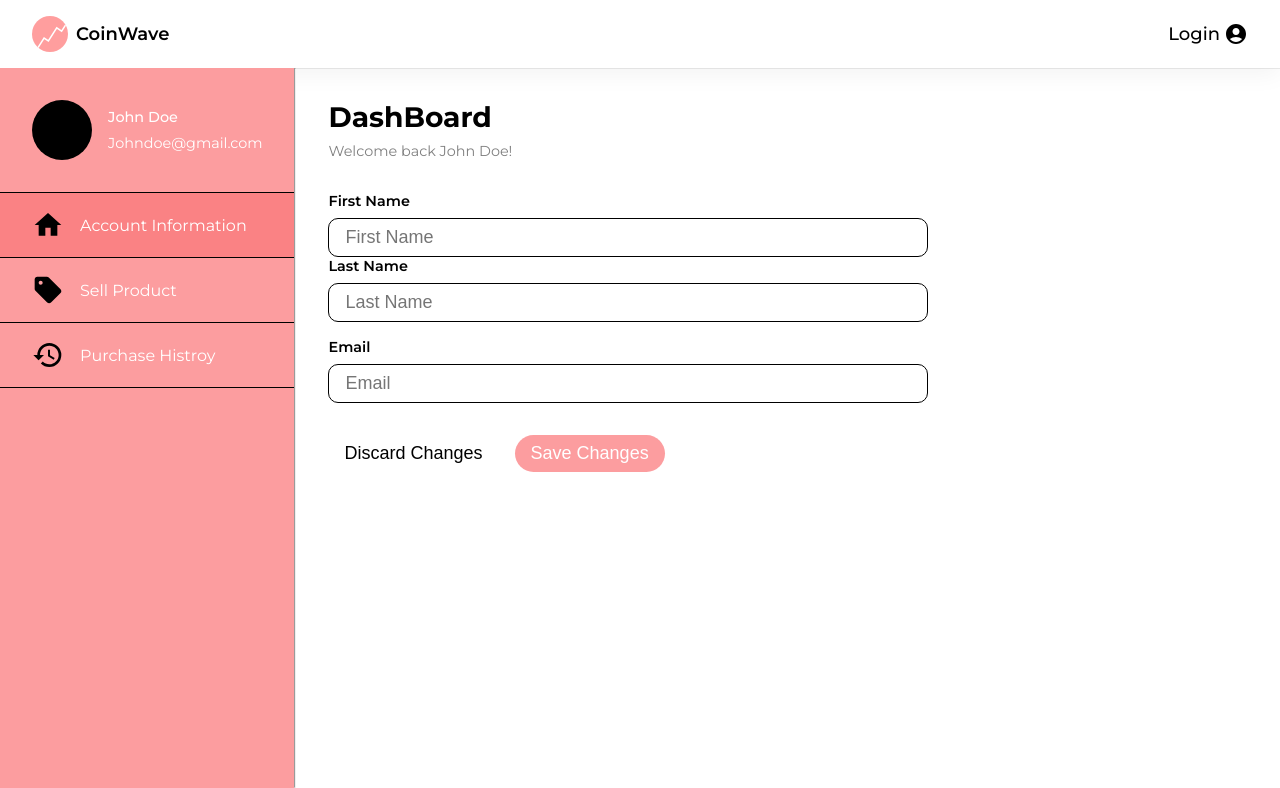
Repository: David-Waite/CoinWave
Page: /account
These files come from the project's save history. The page is drawn as it stood at one moment and after the next save; the edit follows.
The browser window is 1280 px wide. The pictures show the whole page.
The project was rebuilt for these pictures with package versions that can differ from the ones it lists, and the page was loaded fresh each time. The framework's server and built-in components were replaced by stand-ins that run in the browser. Also part of the build but not shown: next.config.js, app/components/account/SellProduct/SellProduct.js, app/components/account/PurchaseHistory/PurchaseHistory.js.

Above is the page before, as saved 2023-08-16 11:22:45.

### app/layout.js
import Nav from "./components/Nav/Nav";
import "./globals.css";
import { Montserrat } from "next/font/google";

const montserrat = Montserrat({ subsets: ["latin"] });

export const metadata = {
  title: "Coin Wave",
  description: "Generated by create next app",
};

export default function RootLayout({ children }) {
  return (
    <html lang="en">
      <body className={montserrat.className}>
        <Nav />
        {children}
      </body>
    </html>
  );
}

### app/account/page.js
"use client";
import styles from "./account.module.css";
import { useState } from "react";
import AccountMenu from "../components/account/AccountMenu/AccountMenu";
import AccountInformation from "../components/account/AccountInfomation/AccountInfomation";
import SellProduct from "../components/account/SellProduct/SellProduct";
import PurchaseHistroy from "../components/account/PurchaseHistory/PurchaseHistory";

export default function Account() {
  const [selected, setSelected] = useState({
    accountInformation: true,
    sellProduct: false,
    purchaseHistroy: false,
  });

  function handleMenuSelect(select) {
    setSelected({
      accountInformation: select === "accountInformation",
      sellProduct: select === "sellProduct",
      purchaseHistroy: select === "purchaseHistroy",
    });
  }

  return (
    <div className={styles.main}>
      <AccountMenu selected={selected} onClick={handleMenuSelect} />

      <hr />
      <main>
        {selected.accountInformation && <AccountInformation />}
        {selected.sellProduct && <SellProduct />}
        {selected.purchaseHistroy && <PurchaseHistroy />}
      </main>
    </div>
  );
}

### app/components/Nav/Nav.js
import styles from "./nav.module.css";
import Link from "next/link";
import { MdAccountCircle } from "react-icons/md";
export default function Nav() {
  return (
    <nav className={styles.main}>
      <Link className={styles.homeLink} href="/">
        <svg
          width="36"
          height="36"
          viewBox="0 0 36 36"
          fill="none"
          xmlns="http://www.w3.org/2000/svg"
        >
          <circle cx="18" cy="18" r="18" fill="#FF9E9E" />
          <mask
            id="mask0_7_9"
            style={{ maskType: "alpha" }}
            maskUnits="userSpaceOnUse"
            x="0"
            y="0"
            width="36"
            height="36"
          >
            <path
              d="M36 18C36 27.9411 27.9411 36 18 36C8.05887 36 0 27.9411 0 18C0 8.05887 8.05887 0 18 0C27.9411 0 36 8.05887 36 18Z"
              fill="#FF9E9E"
            />
          </mask>
          <g mask="url(#mask0_7_9)">
            <path
              d="M2.13416 37.6684L12.0865 22.0755L16.3706 24.9865L24.7305 11.8885L29.6267 15.2153L36.3942 4.61218"
              stroke="white"
              stroke-width="1.5"
            />
          </g>
        </svg>
        CoinWave
      </Link>
      <Link className={styles.loginLink} href="/login">
        Login <MdAccountCircle size={24} />
      </Link>
    </nav>
  );
}

### app/globals.css
:root {
  --primary: #fc9d9f;
}

* {
  margin: 0;
  padding: 0;
}

### app/components/account/AccountMenu/AccountMenu.js
import styles from "./accountMenu.module.css";
import { MdHistory, MdHome, MdSell } from "react-icons/md";
export default function AccountMenu(props) {
  function handleClick(select) {
    props.onClick(select);
  }

  const selectedP = {
    backgroundColor: "#fa8284",
  };

  return (
    <div className={styles.container}>
      <div className={styles.infoOverView}>
        <div className={styles.photo}></div>
        <div className={styles.overViewTextContainer}>
          <p className={styles.fullNameOverView}>John Doe</p>
          <p className={styles.emailOverView}>Johndoe@gmail.com</p>
        </div>
      </div>

      <div
        onClick={() => handleClick("accountInformation")}
        className={styles.linkContainer}
        style={Object.assign(props.selected.accountInformation && selectedP)}
      >
        <MdHome className={styles.menuIcons} />
        <p>Account Information</p>
      </div>

      <div
        onClick={() => handleClick("sellProduct")}
        className={styles.linkContainer}
        style={Object.assign(props.selected.sellProduct && selectedP)}
      >
        <MdSell className={styles.menuIcons} />
        <p>Sell Product</p>
      </div>

      <div
        onClick={() => handleClick("purchaseHistroy")}
        className={`${styles.linkContainer} ${styles.linkContainerBottom}`}
        style={Object.assign(props.selected.purchaseHistroy && selectedP)}
      >
        <MdHistory className={styles.menuIcons} />
        <p>Purchase Histroy</p>
      </div>
    </div>
  );
}

### app/components/account/AccountInfomation/AccountInfomation.js
"use client";
import styles from "./accountInformation.module.css";
import { useState } from "react";
import { useRouter } from "next/navigation";
import { MdSecurityUpdate } from "react-icons/md";

export default function AccountInformation() {
  const [formData, setFormData] = useState({
    firstName: "",
    lastNameName: "",
    email: "",
  });

  const router = useRouter();

  function handleChange(event) {
    const { type, name, value, checked } = event.target;
    setFormData((prevFormData) => {
      return {
        ...prevFormData,
        [name]: type === "checkbox" ? checked : value,
      };
    });
  }

  function handleSubmit(event) {
    event.preventDefault();

    router.push("/account");
  }

  return (
    <main className={styles.main}>
      <form onSubmit={handleSubmit}>
        <h1 className={styles.title}>DashBoard</h1>
        <p className={styles.welcomeText}>Welcome back {"John Doe"}!</p>

        <div className={styles.form}>
          <div className={styles.nameContainer}>
            <div className={styles.inputContainer}>
              <label className={styles.firstNameLable} htmlFor="firstName">
                First Name
              </label>
              <input
                className={styles.firstName}
                type="text"
                placeholder="First Name"
                onChange={handleChange}
                name="firstName"
                value={formData.firstName}
              />
            </div>
            <div className={styles.inputContainer}>
              <label className={styles.lastNameLable} htmlFor="lastName">
                Last Name
              </label>
              <input
                className={styles.firstName}
                type="text"
                placeholder="Last Name"
                onChange={handleChange}
                name="lastName"
                value={formData.lastName}
              />
            </div>
          </div>

          <div className={styles.inputContainer}>
            <label className={styles.emailLable} htmlFor="email">
              Email
            </label>
            <input
              className={styles.email}
              type="email"
              placeholder="Email"
              onChange={handleChange}
              name="email"
              value={formData.email}
            />
          </div>
        </div>
        <div className={styles.buttonContainer}>
          <button className={styles.discardChanges}>Discard Changes</button>
          <button className={styles.saveChanges}>Save Changes</button>
        </div>
      </form>
    </main>
  );
}

### app/components/Nav/nav.module.css
.main {
  display: flex;
  align-items: center;
  justify-content: space-between;
  padding: 16px 60px;
  box-shadow: rgba(0, 0, 0, 0.05) 0px 6px 24px 0px,
    rgba(0, 0, 0, 0.08) 0px 0px 0px 1px;
}

.homeLink {
  display: flex;
  align-items: center;
  gap: 8px;
  text-decoration: none;
  font-size: 18px;
  color: black;
  font-weight: 600;
}

.loginLink {
  display: flex;
  align-items: center;
  gap: 4px;
  font-size: 18px;
  text-decoration: none;
  color: black;
  font-weight: 500;
}

@media (max-width: 1600px) {
  .main {
    padding: 16px 32px;
  }
}
@media (max-width: 778px) {
  .main {
    padding: 16px;
  }
  .loginLink,
  .homeLink {
    font-size: 16px;
  }
}

### app/components/account/AccountMenu/accountMenu.module.css
.container {
  background-color: var(--primary);

  height: 100vh;
}

.infoOverView {
  display: flex;
  align-items: center;
  gap: 16px;

  padding: 32px;
}

.fullNameOverView {
  color: white;
  font-size: 14.4px;
  font-weight: 500;
}

.emailOverView {
  color: white;
  font-size: 14.4px;
}

.overViewTextContainer {
  display: flex;
  flex-direction: column;
  gap: 8px;
}

.linkContainer {
  padding: 16px 0;
  display: flex;
  align-items: center;
  gap: 16px;
  padding-left: 32px;
  border-top: 1px solid black;
  cursor: pointer;
}
.linkContainer:hover {
  background-color: #fa8284;
}

.menuIcons {
  font-size: 32px;
}

.linkContainerBottom {
  border-bottom: 1px solid black;
}

.linkContainer p {
  color: white;
}

.photo {
  width: 60px;
  height: 60px;
  background-color: black;
  border-radius: 50%;
}

### app/components/account/AccountInfomation/accountInformation.module.css
.main {
  padding: 32px;
  width: 600px;
}

.title {
  font-size: 28.13px;
}

.welcomeText {
  font-size: 14.4px;
  color: grey;
  margin-top: 8px;
}

.firstNameLable,
.lastNameLable,
.emailLable {
  font-size: 14.4px;
  font-weight: 600;
}

.firstName,
.lastName,
.email {
  border: 1px solid black;
  padding: 8px 16px;
  font-size: 18px;
  border-radius: 10px;
}

.form {
  padding: 32px 0;
  display: flex;
  flex-direction: column;
  gap: 16px;
}

.inputContainer {
  display: flex;
  flex-direction: column;
  gap: 8px;
}

.buttonContainer {
  display: flex;
  gap: 16px;
}
.discardChanges,
.saveChanges {
  cursor: pointer;
  border: none;
  padding: 8px 16px;
  border-radius: 50px;
  font-size: 18px;
}

.discardChanges {
  color: black;
  background-color: transparent;
}

.saveChanges {
  background-color: var(--primary);
  color: white;
}

Loaded but not shown: app/account/account.module.css (common file)

After the next save:
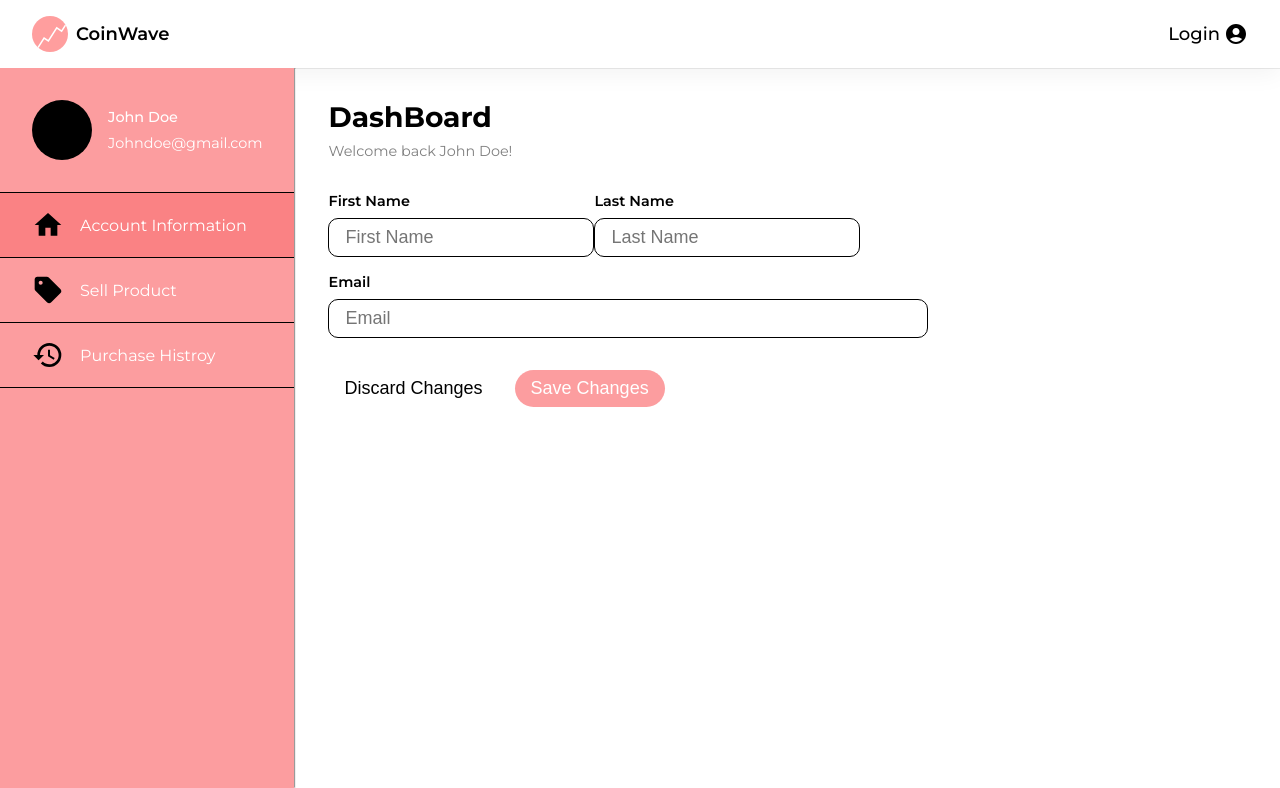
Saved 5 s later.
--- a/app/components/account/AccountInfomation/accountInformation.module.css
+++ b/app/components/account/AccountInfomation/accountInformation.module.css
@@ -59,6 +59,9 @@
   color: black;
   background-color: transparent;
 }
+.nameContainer {
+  display: flex;
+}
 
 .saveChanges {
   background-color: var(--primary);
